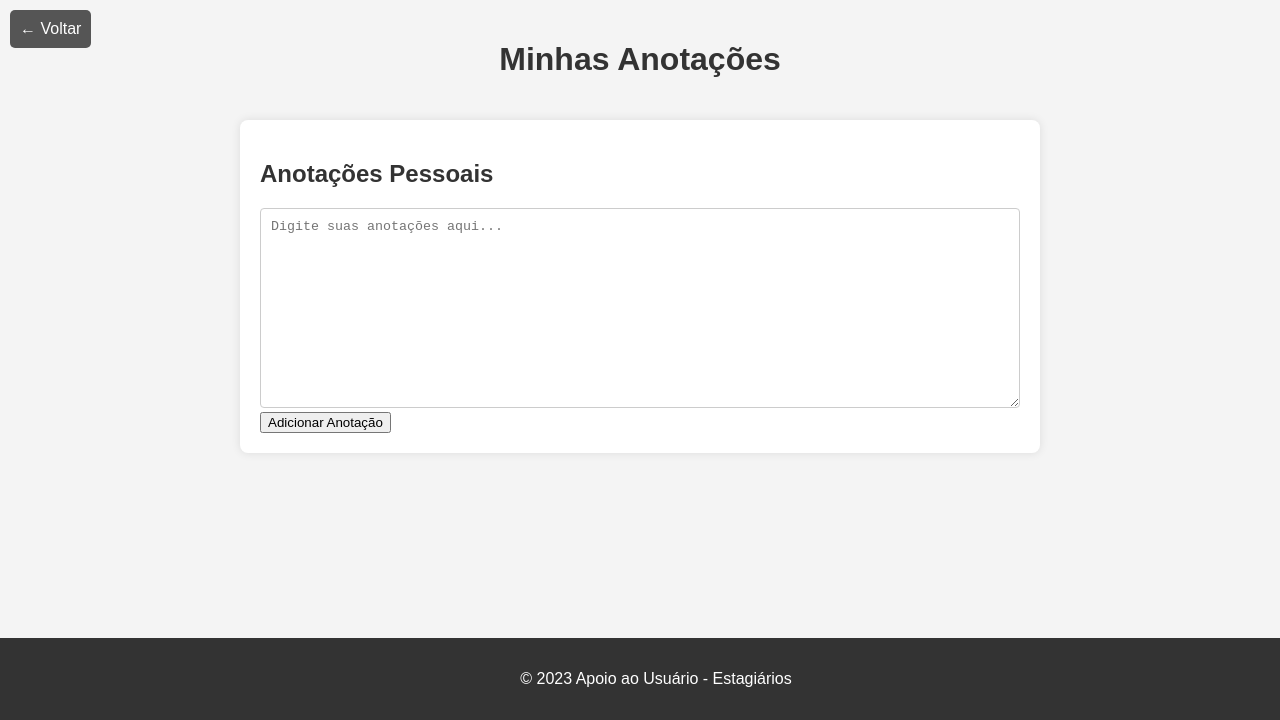
Repository: I4guito/dicasdez
Page: Dicas site/Mais/anotações pessoais de iago/antpessoal.html
These files come from the project's save history. The page is drawn as it stood at one moment and after a run of saves; the edit follows.
The browser window is 1280 px wide. The pictures show the whole page.

Above is the page before, as saved 2023-11-28 14:46:26.

After the next 3 saves:
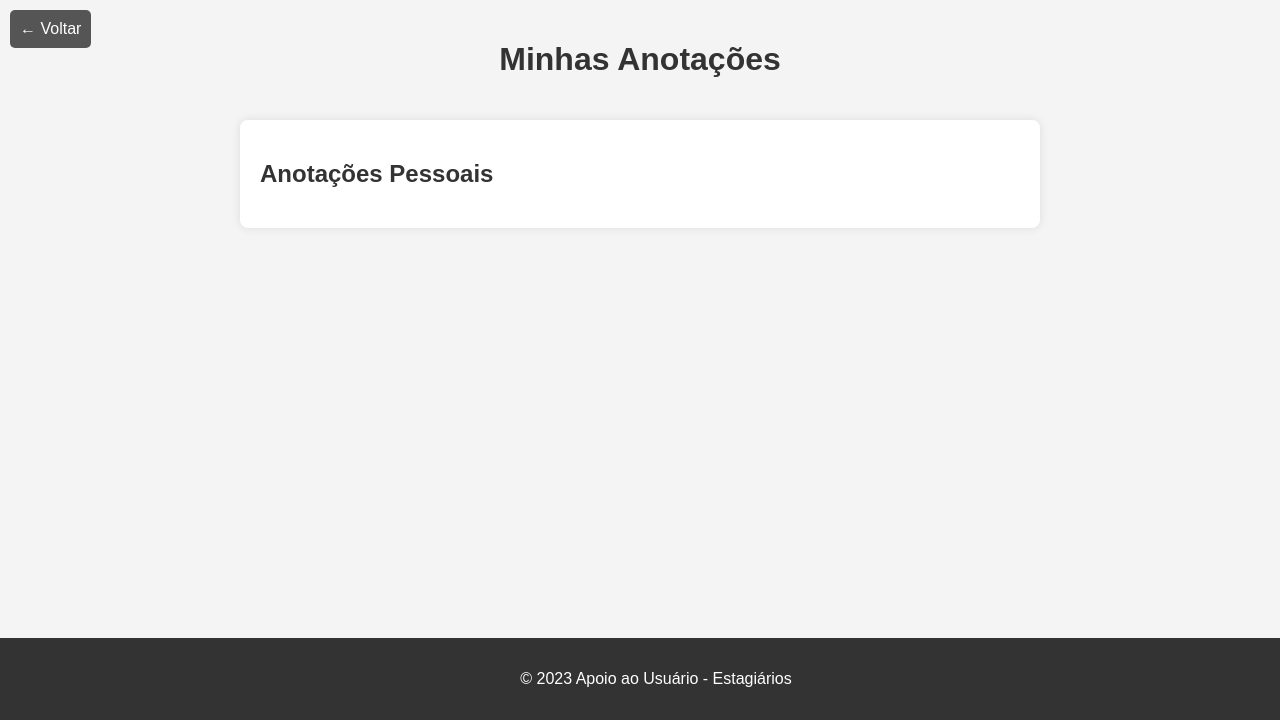
Console error: TypeError: Cannot read properties of null (reading 'addEventListener')
The 3 saves are shown as one change because they came seconds apart.
The last was saved 5 min 37 s later.
--- a/Dicas site/Mais/anotações pessoais de iago/antpessoal.html
+++ b/Dicas site/Mais/anotações pessoais de iago/antpessoal.html
@@ -17,8 +17,6 @@
                 <section class="notes">
                     <h2>Anotações Pessoais</h2>
                     <div id="notesContainer"></div>
-                    <textarea id="noteInput" placeholder="Digite suas anotações aqui..."></textarea>
-                    <button id="addNoteBtn">Adicionar Anotação</button>
                 </section>
             </main>
         </div>
